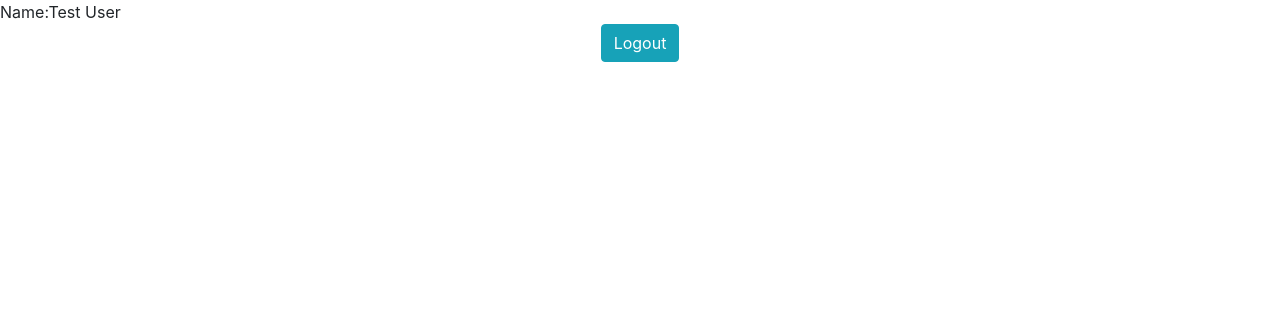
Repository: sindurup/Phase2Project
Page: http://localhost/LearnersAcademyPro/classInfo.jsp
An editor plug-in stored every save of this project. The page is shown before and after the next save, followed by the edit.
The browser window is 1280 px wide. The pictures show the whole page.
Some web libraries are served in a nearby version. The page is served by Tomcat 9. The session is filled in as if someone had signed in: {"uname": "Test User", "pw": 1}.

Above is the page before, as saved 2021-09-27 10:50:39.
Console error: TypeError: Cannot read properties of undefined (reading 'fn')

After the next save:
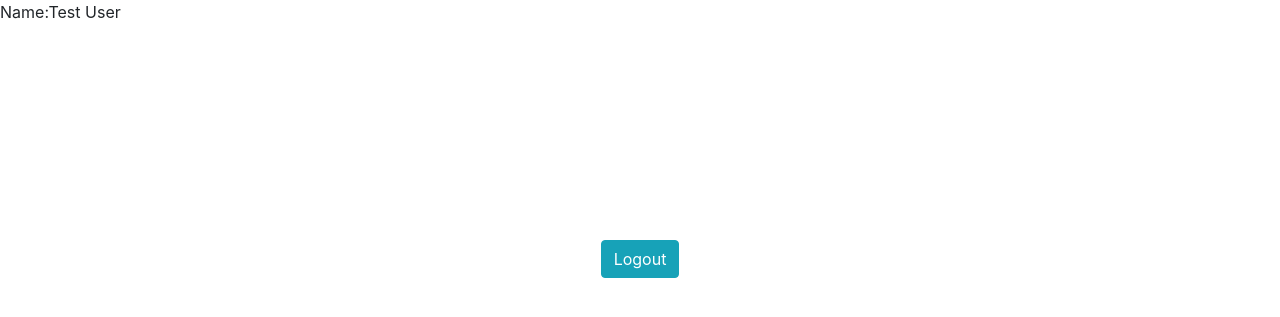
Saved 37 s later.
--- a/LearnersAcademyPro/src/main/webapp/classInfo.jsp
+++ b/LearnersAcademyPro/src/main/webapp/classInfo.jsp
@@ -26,7 +26,7 @@
 
    <div class="form-group" align="center" >
 
-                                <input type="submit" name="submit" class="btn btn-info btn-md" value="Logout">
+                               <br/><br/><br/><br/><br/><br/><br/><br/><br/> <input type="submit" name="submit" class="btn btn-info btn-md" value="Logout">
                             </div>
     <div id="login">
         <h3 class="text-center text-white pt-5">Login form</h3>

After the save that followed:
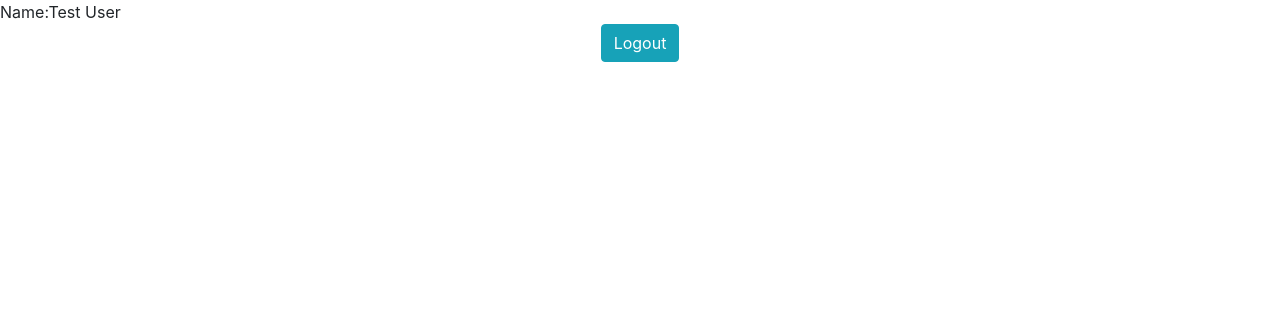
Saved 30 s later.
--- a/LearnersAcademyPro/src/main/webapp/classInfo.jsp
+++ b/LearnersAcademyPro/src/main/webapp/classInfo.jsp
@@ -26,7 +26,7 @@
 
    <div class="form-group" align="center" >
 
-                               <br/><br/><br/><br/><br/><br/><br/><br/><br/> <input type="submit" name="submit" class="btn btn-info btn-md" value="Logout">
+     <input type="submit" name="submit" class="btn btn-info btn-md" value="Logout">
                             </div>
     <div id="login">
         <h3 class="text-center text-white pt-5">Login form</h3>
